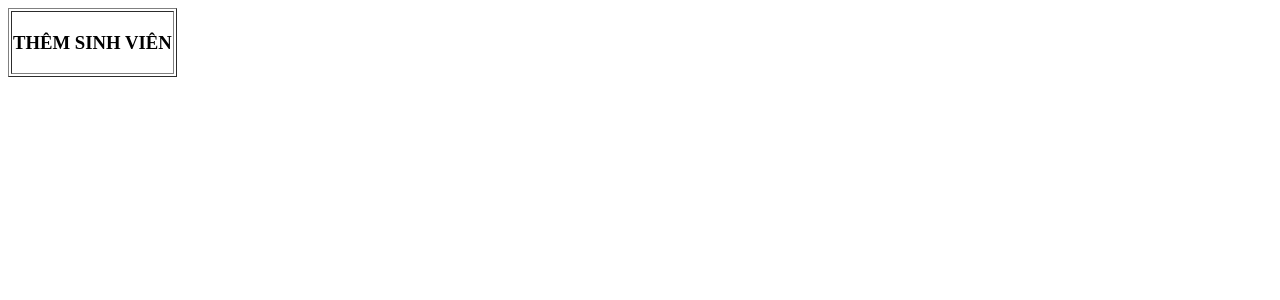
Repository: Tan-Khang21/TH_TKW--Buoi_04
Page: Bai_Tap_Mau/Bai_04/Bai_04.html
The author's editor kept a copy of each file at every save. The page is drawn from the files as they stood at one save, then again after the next save.
The browser window is 1280 px wide. The pictures show the whole page.

Above is the page before, as saved 2024-03-06 09:35:26.

### Bai_Tap_Mau/Bai_04/Bai_04.html
<!DOCTYPE html>
<html lang="en">
<head>
    <meta charset="UTF-8">
    <meta name="viewport" content="width=device-width, initial-scale=1.0">
    <title>Document</title>
</head>
<body>
    <table border="1px">
        <tr>
            <th colspan="3" align="center"><h3>THÊM SINH VIÊN</h3></th>
        </tr>
    </table>
</body>
</html>

After the next save:
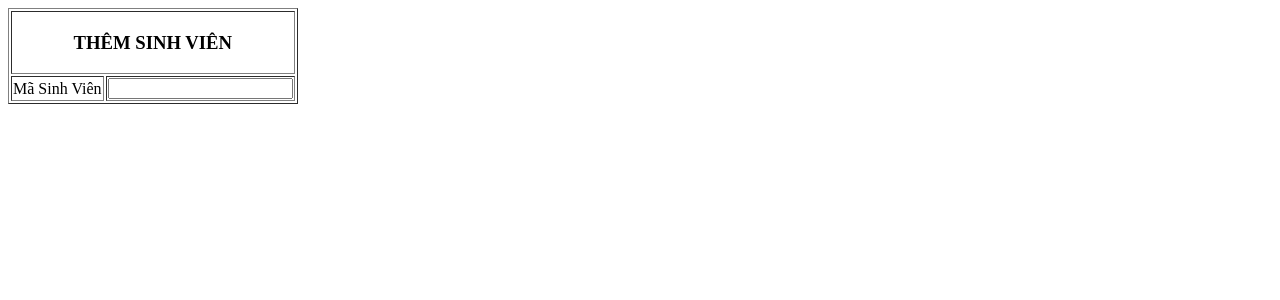
Saved 59 s later.
--- a/Bai_Tap_Mau/Bai_04/Bai_04.html
+++ b/Bai_Tap_Mau/Bai_04/Bai_04.html
@@ -8,7 +8,11 @@
 <body>
     <table border="1px">
         <tr>
-            <th colspan="3" align="center"><h3>THÊM SINH VIÊN</h3></th>
+            <th colspan="3" ><h3>THÊM SINH VIÊN</h3></th>
+        </tr>
+        <tr>
+            <td>Mã Sinh Viên</td>
+            <td> <input type="text"></td>
         </tr>
     </table>
 </body>
